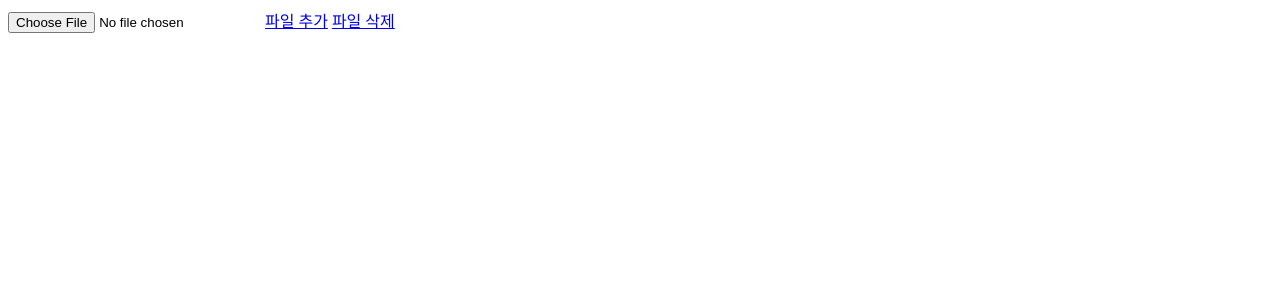
Repository: silenttemplar/java_start_project
Page: hansung_ee_2014/hansung_jquery_exercise/WebContent/file_attend_dynamic_create.html
The author's editor kept a copy of each file at every save. The page is drawn from the files as they stood at one save, then again after the next save.
The browser window is 1280 px wide. The pictures show the whole page.
After loading, the first visible `#addFile` was clicked once.

Above is the page before, as saved 2014-08-28 02:42:51.

### hansung_ee_2014/hansung_jquery_exercise/WebContent/file_attend_dynamic_create.html
<!DOCTYPE html>
<html>
<head>
<meta charset="UTF-8">
<title>파일첨부 동적생성 삭제</title>
<script src="./jquery-2.1.0.min.js"></script>
<script type="text/javascript">
	function fnAddFile(event){
		console.log("fnAddFile(event) 실행");
	}
	function fnDelFile(event){
		console.log("fnDelFile(event) 실행");
	}
</script>
</head>
<body>
	<input type="file" name="file" />
	<a href="#" id="addFile" onclick="fnAddFile(event)">파일 추가</a>
	<a href="#" id="delFile" onclick="fnDelFile(event)">파일 삭제</a>
</body>
</html>

Loaded but not shown: hansung_ee_2014/hansung_jquery_exercise/WebContent/jquery-2.1.0.min.js (library)

After the next save:
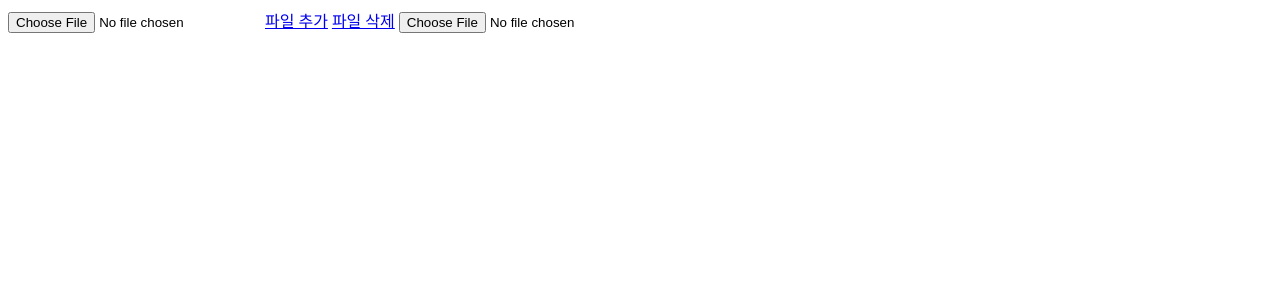
Saved 87 s later.
--- a/hansung_ee_2014/hansung_jquery_exercise/WebContent/file_attend_dynamic_create.html
+++ b/hansung_ee_2014/hansung_jquery_exercise/WebContent/file_attend_dynamic_create.html
@@ -7,6 +7,8 @@
 <script type="text/javascript">
 	function fnAddFile(event){
 		console.log("fnAddFile(event) 실행");
+
+		$("input[name=file]").clone().appendTo("body");
 	}
 	function fnDelFile(event){
 		console.log("fnDelFile(event) 실행");
